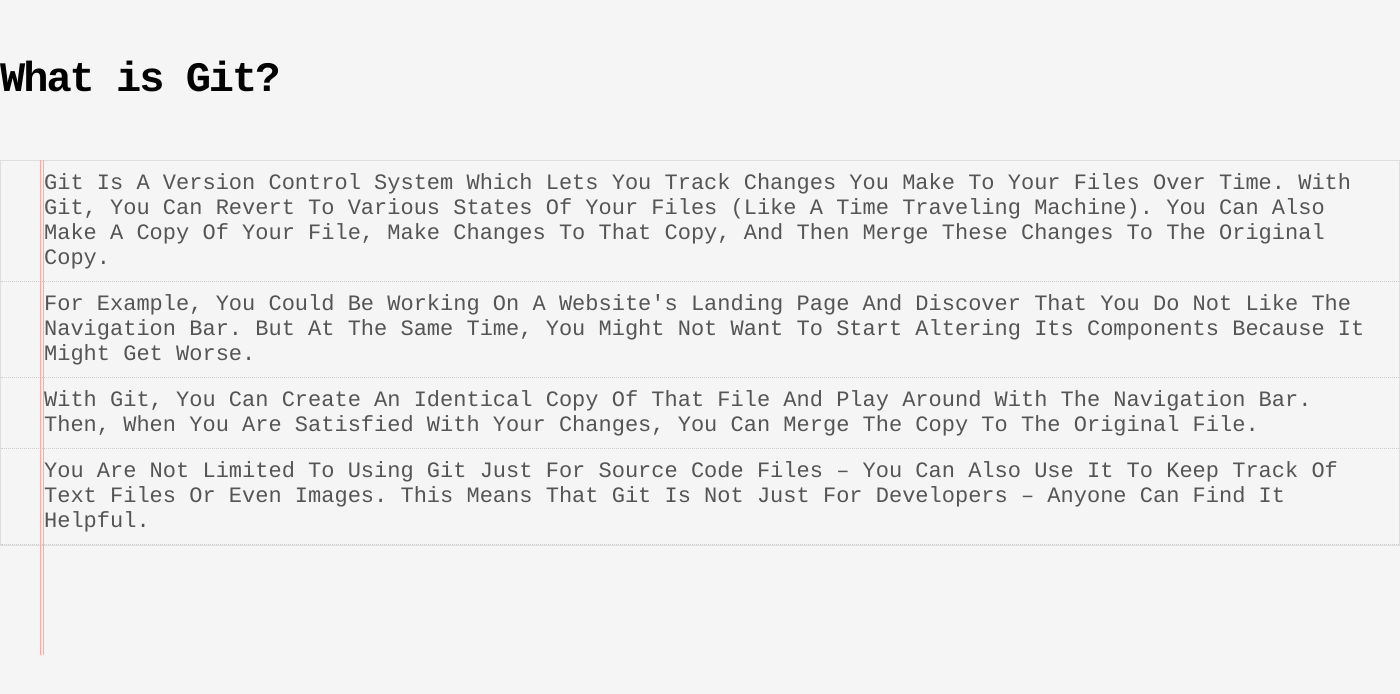
Repository: dev-singh-kanyal/Archive-git_github
Page: src/what is git.html
These files come from the project's save history. The page is drawn as it stood at one moment and after a run of saves; the edit follows.
The browser window is 1280 px wide. The page is 1400 px wide, so the pictures cover 1400 px, including what lies to the right of the window. The pictures show the whole page.
Some web fonts or font styles are not loaded; a fallback is used.

Above is the page before, as saved 2022-06-24 16:43:57.

### src/what is git.html
<!DOCTYPE HTML>
<html>

<head>
   <meta charset="UTF-8">
   <title>Git</title>
   <link rel="stylesheet" href="/src/style.css">
   <link href="https://fonts.googleapis.com/css2?family=Reenie+Beanie&display=swap" rel="stylesheet">
</head>

<body>

    <h4>What is Git?</h4>

    <div class="lines"></div>

    <ul class="list">
      <li>Git is a version control system which lets you track changes you make to your files over time. With Git, you can revert to various states of your files (like a time traveling machine). You can also make a copy of your file, make changes to that copy, and then merge these changes to the original copy.</li>
      <li>For example, you could be working on a website's landing page and discover that you do not like the navigation bar. But at the same time, you might not want to start altering its components because it might get worse.</li>
      <li>With Git, you can create an identical copy of that file and play around with the navigation bar. Then, when you are satisfied with your changes, you can merge the copy to the original file.</li>
      <li>You are not limited to using Git just for source code files – you can also use it to keep track of text files or even images. This means that Git is not just for developers – anyone can find it helpful.</li>
    </ul>

</body>
</html>

### src/style.css
body {
    background-color: #f5f5f5;
    width: 1400px;
    margin: 0 auto;
    padding: 0;
  }
  h4 {
    color: #000000;
    font-size: 42px;
    letter-spacing: -2px;
    font-family: courier, monospace;
    text-align: left;
  }
  a {
    text-decoration: none;
    color: inherit;
  }
  .list {
    color: #555;
    /* background-color: peachpuff; */
    font-size: 22px;
    /* font-size: 2rem; */
    padding: 0 !important;
    width: auto;
    /* font-family: 'Reenie Beanie'; */
    font-family: courier, monospace;
    border: 1px solid #dedede;

  }
  .list li {
    list-style: none;
    border-bottom: 1px dotted #ccc;
    /* text-indent: 25px; */
    height: auto;
    padding: 10px;
    text-transform: capitalize;
  }
  .list li:hover {
    background-color: #5a99a3;
    color: white;
    -webkit-transition: all 0.2s;
    -moz-transition:    all 0.2s;
    -ms-transition:     all 0.2s;
    -o-transition:      all 0.2s;
  }
  .lines {
    border-left: 1px solid #ffaa9f;
    border-right: 1px solid #ffaa9f;
    width: 2px;
    float: left;
    height: 495px;
    margin-left: 40px;

  }

After the next 3 saves:
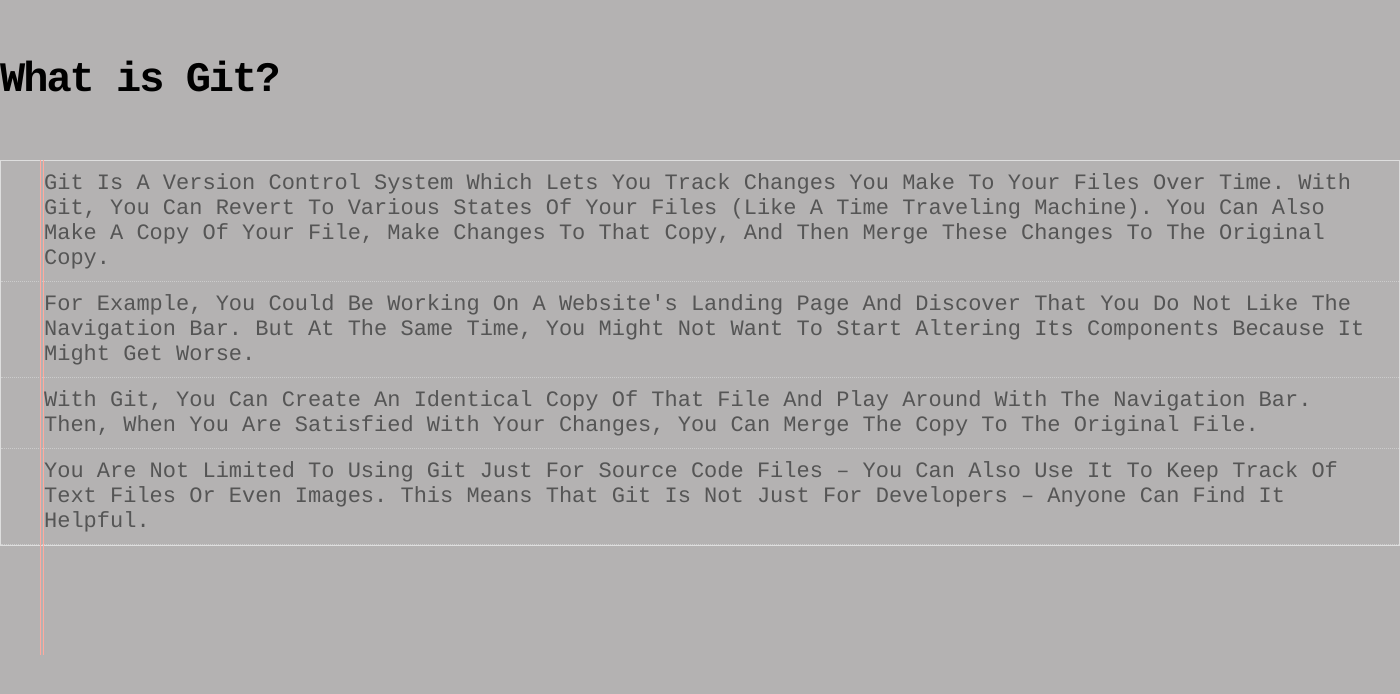
The 3 saves are shown as one change because they came seconds apart.
The last was saved 44 s later.
--- a/src/style.css
+++ b/src/style.css
@@ -1,5 +1,5 @@
 body {
-    background-color: #f5f5f5;
+    background-color: #b4b2b2;
     width: 1400px;
     margin: 0 auto;
     padding: 0;
